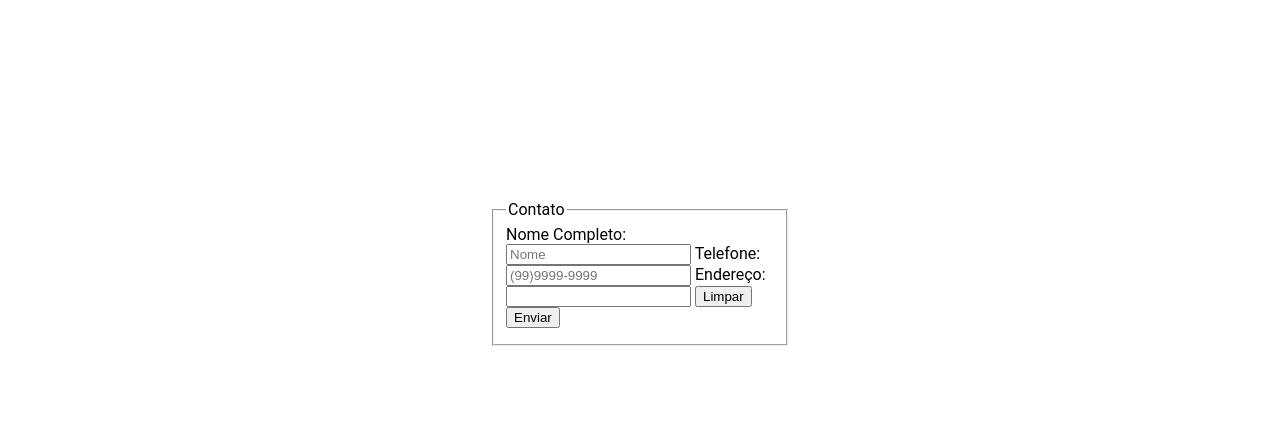
Repository: PedroViniciusVeiga/ProjetoColdigo
Page: exemploServlet/WebContent/contato.html
These files come from the project's save history. The page is drawn as it stood at one moment and after the next save; the edit follows.
The browser window is 1280 px wide. The pictures show the whole page.

Above is the page before, as saved 2021-04-07 23:07:15.

After the next save:
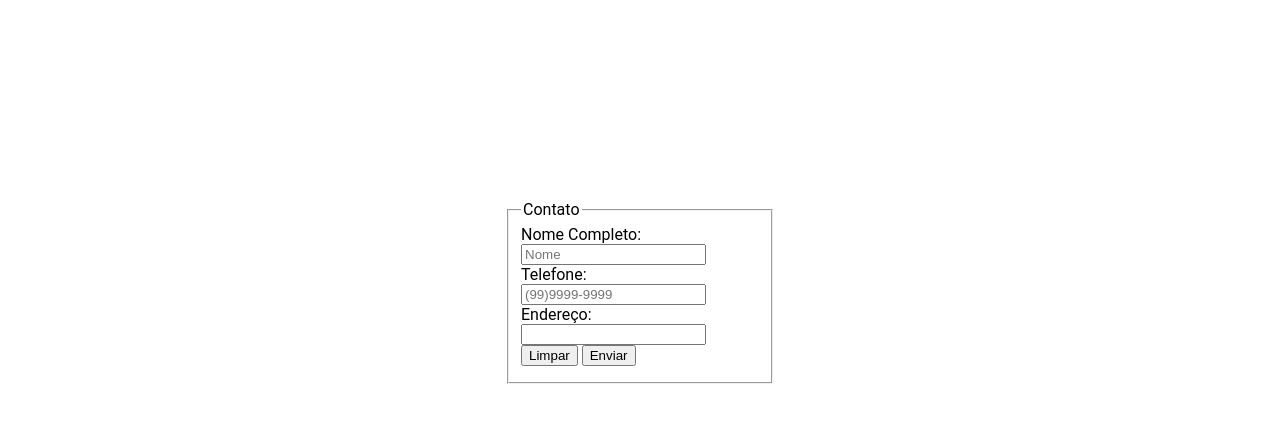
Saved 57 s later.
--- a/exemploServlet/WebContent/css/siteContato.css
+++ b/exemploServlet/WebContent/css/siteContato.css
@@ -23,5 +23,5 @@ section{
 
 .formContato{
 	margin: 0px auto;
-	width: 300px;
+	width: 270px;
 }
